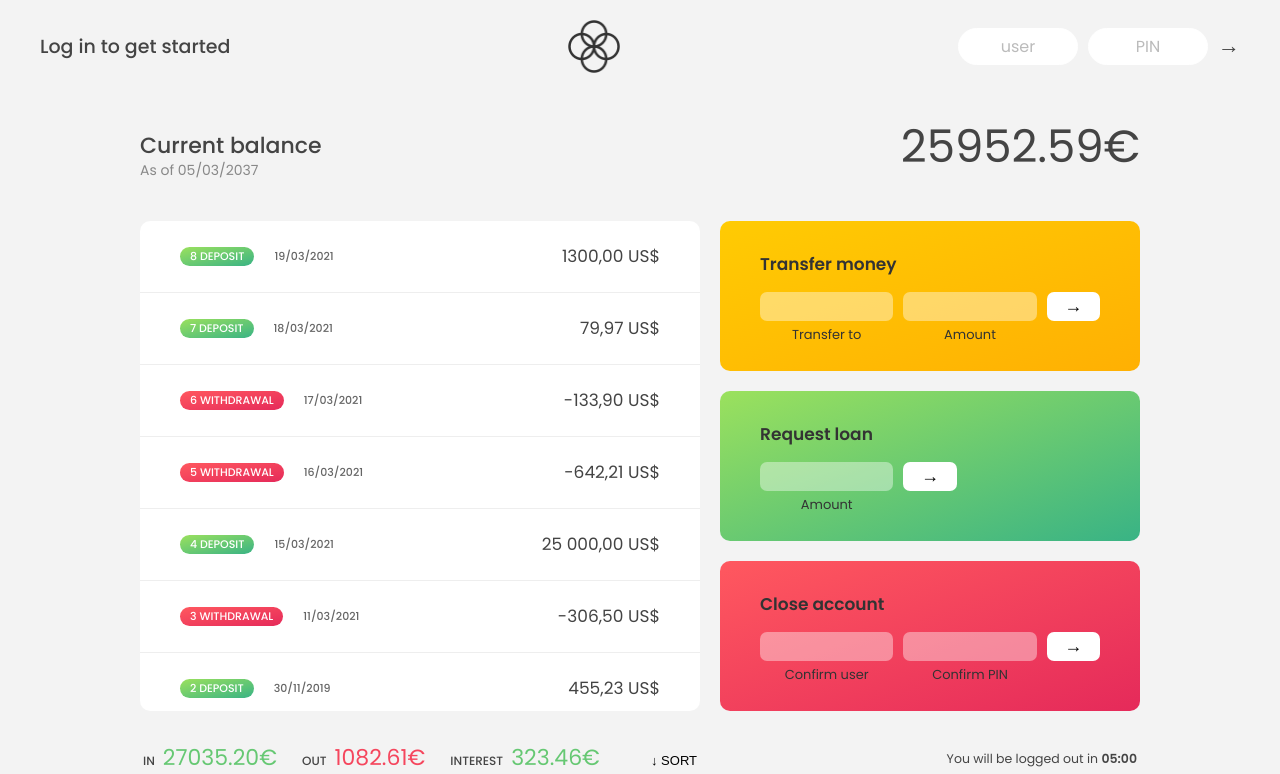
Repository: Samkiroko/Dateas-Number-Timers
Page: starter/index.html
An editor plug-in stored every save of this project. The page is shown before and after the next save, followed by the edit.
The browser window is 1280 px wide. The pictures show the whole page.
An inner scrolling area shows only its first screen.

Above is the page before, as saved 2021-03-20 17:25:18.

### starter/index.html
<!DOCTYPE html>
<html lang="en">
  <head>
    <meta charset="UTF-8" />
    <meta name="viewport" content="width=device-width, initial-scale=1.0" />
    <meta http-equiv="X-UA-Compatible" content="ie=edge" />
    <link rel="shortcut icon" type="image/png" href="/icon.png" />

    <link
      href="https://fonts.googleapis.com/css?family=Poppins:400,500,600&display=swap"
      rel="stylesheet"
    />

    <link rel="stylesheet" href="style.css" />
    <title>Bankist</title>
  </head>
  <body>
    <!-- TOP NAVIGATION -->
    <nav>
      <p class="welcome">Log in to get started</p>
      <img src="logo.png" alt="Logo" class="logo" />
      <form class="login">
        <input
          type="text"
          placeholder="user"
          class="login__input login__input--user"
        />
        <!-- In practice, use type="password" -->
        <input
          type="text"
          placeholder="PIN"
          maxlength="4"
          class="login__input login__input--pin"
        />
        <button class="login__btn">&rarr;</button>
      </form>
    </nav>

    <main class="app">
      <!-- BALANCE -->
      <div class="balance">
        <div>
          <p class="balance__label">Current balance</p>
          <p class="balance__date">
            As of <span class="date">05/03/2037</span>
          </p>
        </div>
        <p class="balance__value">0000€</p>
      </div>

      <!-- MOVEMENTS -->
      <div class="movements">
        <div class="movements__row">
          <div class="movements__type movements__type--deposit">2 deposit</div>
          <div class="movements__date">3 days ago</div>
          <div class="movements__value">4 000€</div>
        </div>
        <div class="movements__row">
          <div class="movements__type movements__type--withdrawal">
            1 withdrawal
          </div>
          <div class="movements__date">24/01/2037</div>
          <div class="movements__value">-378€</div>
        </div>
      </div>

      <!-- SUMMARY -->
      <div class="summary">
        <p class="summary__label">In</p>
        <p class="summary__value summary__value--in">0000€</p>
        <p class="summary__label">Out</p>
        <p class="summary__value summary__value--out">0000€</p>
        <p class="summary__label">Interest</p>
        <p class="summary__value summary__value--interest">0000€</p>
        <button class="btn--sort">&downarrow; SORT</button>
      </div>

      <!-- OPERATION: TRANSFERS -->
      <div class="operation operation--transfer">
        <h2>Transfer money</h2>
        <form class="form form--transfer">
          <input type="text" class="form__input form__input--to" />
          <input type="number" class="form__input form__input--amount" />
          <button class="form__btn form__btn--transfer">&rarr;</button>
          <label class="form__label">Transfer to</label>
          <label class="form__label">Amount</label>
        </form>
      </div>

      <!-- OPERATION: LOAN -->
      <div class="operation operation--loan">
        <h2>Request loan</h2>
        <form class="form form--loan">
          <input type="number" class="form__input form__input--loan-amount" />
          <button class="form__btn form__btn--loan">&rarr;</button>
          <label class="form__label form__label--loan">Amount</label>
        </form>
      </div>

      <!-- OPERATION: CLOSE -->
      <div class="operation operation--close">
        <h2>Close account</h2>
        <form class="form form--close">
          <input type="text" class="form__input form__input--user" />
          <input
            type="password"
            maxlength="6"
            class="form__input form__input--pin"
          />
          <button class="form__btn form__btn--close">&rarr;</button>
          <label class="form__label">Confirm user</label>
          <label class="form__label">Confirm PIN</label>
        </form>
      </div>

      <!-- LOGOUT TIMER -->
      <p class="logout-timer">
        You will be logged out in <span class="timer">05:00</span>
      </p>
    </main>

    <!-- <footer>
      &copy; by Jonas Schmedtmann. Don't claim as your own :)
    </footer> -->

    <script src="script.js"></script>
  </body>
</html>

### starter/style.css
/*
 * Use this CSS to learn some intersting techniques,
 * in case you're wondering how I built the UI.
 * Have fun! 😁
 */

* {
  margin: 0;
  padding: 0;
  box-sizing: inherit;
}

html {
  font-size: 62.5%;
  box-sizing: border-box;
}

body {
  font-family: 'Poppins', sans-serif;
  color: #444;
  background-color: #f3f3f3;
  height: 100vh;
  padding: 2rem;
}

nav {
  display: flex;
  justify-content: space-between;
  align-items: center;
  padding: 0 2rem;
}

.welcome {
  font-size: 1.9rem;
  font-weight: 500;
}

.logo {
  height: 5.25rem;
}

.login {
  display: flex;
}

.login__input {
  border: none;
  padding: 0.5rem 2rem;
  font-size: 1.6rem;
  font-family: inherit;
  text-align: center;
  width: 12rem;
  border-radius: 10rem;
  margin-right: 1rem;
  color: inherit;
  border: 1px solid #fff;
  transition: all 0.3s;
}

.login__input:focus {
  outline: none;
  border: 1px solid #ccc;
}

.login__input::placeholder {
  color: #bbb;
}

.login__btn {
  border: none;
  background: none;
  font-size: 2.2rem;
  color: inherit;
  cursor: pointer;
  transition: all 0.3s;
}

.login__btn:hover,
.login__btn:focus,
.btn--sort:hover,
.btn--sort:focus {
  outline: none;
  color: #777;
}

/* MAIN */
.app {
  position: relative;
  max-width: 100rem;
  margin: 4rem auto;
  display: grid;
  grid-template-columns: 4fr 3fr;
  grid-template-rows: auto repeat(3, 15rem) auto;
  gap: 2rem;

  /* NOTE This creates the fade in/out anumation */
  opacity: 0;
  transition: all 1s;
}

.balance {
  grid-column: 1 / span 2;
  display: flex;
  align-items: flex-end;
  justify-content: space-between;
  margin-bottom: 2rem;
}

.balance__label {
  font-size: 2.2rem;
  font-weight: 500;
  margin-bottom: -0.2rem;
}

.balance__date {
  font-size: 1.4rem;
  color: #888;
}

.balance__value {
  font-size: 4.5rem;
  font-weight: 400;
}

/* MOVEMENTS */
.movements {
  grid-row: 2 / span 3;
  background-color: #fff;
  border-radius: 1rem;
  overflow: scroll;
}

.movements__row {
  padding: 2.25rem 4rem;
  display: flex;
  align-items: center;
  border-bottom: 1px solid #eee;
}

.movements__type {
  font-size: 1.1rem;
  text-transform: uppercase;
  font-weight: 500;
  color: #fff;
  padding: 0.1rem 1rem;
  border-radius: 10rem;
  margin-right: 2rem;
}

.movements__date {
  font-size: 1.1rem;
  text-transform: uppercase;
  font-weight: 500;
  color: #666;
}

.movements__type--deposit {
  background-image: linear-gradient(to top left, #39b385, #9be15d);
}

.movements__type--withdrawal {
  background-image: linear-gradient(to top left, #e52a5a, #ff585f);
}

.movements__value {
  font-size: 1.7rem;
  margin-left: auto;
}

/* SUMMARY */
.summary {
  grid-row: 5 / 6;
  display: flex;
  align-items: baseline;
  padding: 0 0.3rem;
  margin-top: 1rem;
}

.summary__label {
  font-size: 1.2rem;
  font-weight: 500;
  text-transform: uppercase;
  margin-right: 0.8rem;
}

.summary__value {
  font-size: 2.2rem;
  margin-right: 2.5rem;
}

.summary__value--in,
.summary__value--interest {
  color: #66c873;
}

.summary__value--out {
  color: #f5465d;
}

.btn--sort {
  margin-left: auto;
  border: none;
  background: none;
  font-size: 1.3rem;
  font-weight: 500;
  cursor: pointer;
}

/* OPERATIONS */
.operation {
  border-radius: 1rem;
  padding: 3rem 4rem;
  color: #333;
}

.operation--transfer {
  background-image: linear-gradient(to top left, #ffb003, #ffcb03);
}

.operation--loan {
  background-image: linear-gradient(to top left, #39b385, #9be15d);
}

.operation--close {
  background-image: linear-gradient(to top left, #e52a5a, #ff585f);
}

h2 {
  margin-bottom: 1.5rem;
  font-size: 1.7rem;
  font-weight: 600;
  color: #333;
}

.form {
  display: grid;
  grid-template-columns: 2.5fr 2.5fr 1fr;
  grid-template-rows: auto auto;
  gap: 0.4rem 1rem;
}

/* Exceptions for interst */
.form.form--loan {
  grid-template-columns: 2.5fr 1fr 2.5fr;
}
.form__label--loan {
  grid-row: 2;
}
/* End exceptions */

.form__input {
  width: 100%;
  border: none;
  background-color: rgba(255, 255, 255, 0.4);
  font-family: inherit;
  font-size: 1.5rem;
  text-align: center;
  color: #333;
  padding: 0.3rem 1rem;
  border-radius: 0.7rem;
  transition: all 0.3s;
}

.form__input:focus {
  outline: none;
  background-color: rgba(255, 255, 255, 0.6);
}

.form__label {
  font-size: 1.3rem;
  text-align: center;
}

.form__btn {
  border: none;
  border-radius: 0.7rem;
  font-size: 1.8rem;
  background-color: #fff;
  cursor: pointer;
  transition: all 0.3s;
}

.form__btn:focus {
  outline: none;
  background-color: rgba(255, 255, 255, 0.8);
}

.logout-timer {
  padding: 0 0.3rem;
  margin-top: 1.9rem;
  text-align: right;
  font-size: 1.25rem;
}

.timer {
  font-weight: 600;
}

### starter/script.js
'use strict';

/////////////////////////////////////////////////
/////////////////////////////////////////////////
// BANKIST APP

/////////////////////////////////////////////////
// Data

// DIFFERENT DATA! Contains movement dates, currency and locale

const account1 = {
  owner: 'Jonas Schmedtmann',
  movements: [200, 455.23, -306.5, 25000, -642.21, -133.9, 79.97, 1300],
  interestRate: 1.2, // %
  pin: 1111,

  movementsDates: [
    '2019-11-01T13:15:33.035Z',
    '2019-11-30T09:48:16.867Z',
    '2021-03-11T06:04:23.907Z',
    '2021-03-15T14:18:46.235Z',
    '2021-03-16T16:33:06.386Z',
    '2021-03-17T14:43:26.374Z',
    '2021-03-18T18:49:59.371Z',
    '2021-03-19T12:01:20.894Z',
  ],
  currency: 'EUR',
  locale: 'pt-PT', // de-DE
};

const account2 = {
  owner: 'Jessica Davis',
  movements: [5000, 3400, -150, -790, -3210, -1000, 8500, -30],
  interestRate: 1.5,
  pin: 2222,

  movementsDates: [
    '2019-11-01T13:15:33.035Z',
    '2019-11-30T09:48:16.867Z',
    '2021-03-11T06:04:23.907Z',
    '2021-03-15T14:18:46.235Z',
    '2021-03-16T16:33:06.386Z',
    '2021-03-17T14:43:26.374Z',
    '2021-03-18T18:49:59.371Z',
    '2021-03-19T12:01:20.894Z',
  ],
  currency: 'USD',
  locale: 'en-US',
};

const accounts = [account1, account2];

/////////////////////////////////////////////////
// Elements
const labelWelcome = document.querySelector('.welcome');
const labelDate = document.querySelector('.date');
const labelBalance = document.querySelector('.balance__value');
const labelSumIn = document.querySelector('.summary__value--in');
const labelSumOut = document.querySelector('.summary__value--out');
const labelSumInterest = document.querySelector('.summary__value--interest');
const labelTimer = document.querySelector('.timer');

const containerApp = document.querySelector('.app');
const containerMovements = document.querySelector('.movements');

const btnLogin = document.querySelector('.login__btn');
const btnTransfer = document.querySelector('.form__btn--transfer');
const btnLoan = document.querySelector('.form__btn--loan');
const btnClose = document.querySelector('.form__btn--close');
const btnSort = document.querySelector('.btn--sort');

const inputLoginUsername = document.querySelector('.login__input--user');
const inputLoginPin = document.querySelector('.login__input--pin');
const inputTransferTo = document.querySelector('.form__input--to');
const inputTransferAmount = document.querySelector('.form__input--amount');
const inputLoanAmount = document.querySelector('.form__input--loan-amount');
const inputCloseUsername = document.querySelector('.form__input--user');
const inputClosePin = document.querySelector('.form__input--pin');

/////////////////////////////////////////////////
// Functions

const formatMovementDate = function (date, locale) {
  const calcDaysPassed = (date1, date2) =>
    Math.round(Math.abs(date2 - date1) / (1000 * 60 * 60 * 24));

  const daysPassed = calcDaysPassed(new Date(), date);

  if (daysPassed === 0) return 'Today';
  if (daysPassed === 1) return 'Yesterday';
  if (daysPassed <= 7) return `${daysPassed} days ago`;

  // const day = `${date.getDate()}`.padStart(2, 0);
  // const month = `${date.getMonth() + 1}`.padStart(2, 0);
  // const year = date.getFullYear();
  // return `${day}/${month}/${year}`;
  return new Intl.DateTimeFormat(locale).format(date);
};

const displayMovements = function (acc, sort = false) {
  containerMovements.innerHTML = '';

  const movs = sort
    ? acc.movements.slice().sort((a, b) => a - b)
    : acc.movements;

  movs.forEach(function (mov, i) {
    const type = mov > 0 ? 'deposit' : 'withdrawal';

    const date = new Date(acc.movementsDates[i]);
    const displayDate = formatMovementDate(date, acc.locale);

    const formattedMov = new Intl.NumberFormat(acc.locale, {
      style: 'currency',
      currency: 'USD',
    }).format(mov);

    const html = `
      <div class="movements__row">
        <div class="movements__type movements__type--${type}">${
      i + 1
    } ${type}</div>
     <div class="movements__date">${displayDate}</div>
        <div class="movements__value">${formattedMov}</div>
      </div>
    `;

    containerMovements.insertAdjacentHTML('afterbegin', html);
  });
};

const calcDisplayBalance = function (acc) {
  acc.balance = acc.movements.reduce((acc, mov) => acc + mov, 0);
  labelBalance.textContent = `${acc.balance.toFixed(2)}€`;
};

const calcDisplaySummary = function (acc) {
  const incomes = acc.movements
    .filter(mov => mov > 0)
    .reduce((acc, mov) => acc + mov, 0);
  labelSumIn.textContent = `${incomes.toFixed(2)}€`;

  const out = acc.movements
    .filter(mov => mov < 0)
    .reduce((acc, mov) => acc + mov, 0);
  labelSumOut.textContent = `${Math.abs(out).toFixed(2)}€`;

  const interest = acc.movements
    .filter(mov => mov > 0)
    .map(deposit => (deposit * acc.interestRate) / 100)
    .filter((int, i, arr) => {
      // console.log(arr);
      return int >= 1;
    })
    .reduce((acc, int) => acc + int, 0);
  labelSumInterest.textContent = `${interest.toFixed(2)}€`;
};

const createUsernames = function (accs) {
  accs.forEach(function (acc) {
    acc.username = acc.owner
      .toLowerCase()
      .split(' ')
      .map(name => name[0])
      .join('');
  });
};
createUsernames(accounts);

const updateUI = function (acc) {
  // Display movements
  displayMovements(acc);

  // Display balance
  calcDisplayBalance(acc);

  // Display summary
  calcDisplaySummary(acc);
};

///////////////////////////////////////
// Event handlers
let currentAccount;

// fake always logged
currentAccount = account1;
updateUI(currentAccount);
containerApp.style.opacity = 100;

btnLogin.addEventListener('click', function (e) {
  // Prevent form from submitting
  e.preventDefault();

  currentAccount = accounts.find(
    acc => acc.username === inputLoginUsername.value
  );
  console.log(currentAccount);

  if (currentAccount?.pin === +inputLoginPin.value) {
    // Display UI and message
    labelWelcome.textContent = `Welcome back, ${
      currentAccount.owner.split(' ')[0]
    }`;
    containerApp.style.opacity = 100;

    // Create current date and time
    const now = new Date();
    const options = {
      hour: 'numeric',
      minute: 'numeric',
      day: 'numeric',
      month: 'numeric',
      year: 'numeric',
      // weekday: 'long',
    };
    // const locale = navigator.language;
    // console.log(locale);

    labelDate.textContent = new Intl.DateTimeFormat(
      currentAccount.locale,
      options
    ).format(now);

    // Clear input fields
    inputLoginUsername.value = inputLoginPin.value = '';
    inputLoginPin.blur();

    // Update UI
    updateUI(currentAccount);
  }
});

btnTransfer.addEventListener('click', function (e) {
  e.preventDefault();
  const amount = +inputTransferAmount.value;
  const receiverAcc = accounts.find(
    acc => acc.username === inputTransferTo.value
  );
  inputTransferAmount.value = inputTransferTo.value = '';

  if (
    amount > 0 &&
    receiverAcc &&
    currentAccount.balance >= amount &&
    receiverAcc?.username !== currentAccount.username
  ) {
    // Doing the transfer
    currentAccount.movements.push(-amount);
    receiverAcc.movements.push(amount);

    // Add transfer date
    currentAccount.movementsDates.push(new Date().toISOString());
    receiverAcc.movementsDates.push(new Date().toISOString());

    // Update UI
    updateUI(currentAccount);

    // Reset timer
    clearInterval(timer);
    timer = startLogOutTimer();
  }
});

btnLoan.addEventListener('click', function (e) {
  e.preventDefault();

  const amount = Math.floor(inputLoanAmount.value);

  if (amount > 0 && currentAccount.movements.some(mov => mov >= amount * 0.1)) {
    setTimeout(function () {
      // Add movement
      currentAccount.movements.push(amount);

      // Add loan date
      currentAccount.movementsDates.push(new Date().toISOString());

      // Update UI
      updateUI(currentAccount);

      // Reset timer
      clearInterval(timer);
      timer = startLogOutTimer();
    }, 2500);
  }
  inputLoanAmount.value = '';
});

btnClose.addEventListener('click', function (e) {
  e.preventDefault();

  if (
    inputCloseUsername.value === currentAccount.username &&
    +inputClosePin.value === currentAccount.pin
  ) {
    const index = accounts.findIndex(
      acc => acc.username === currentAccount.username
    );
    console.log(index);
    // .indexOf(23)

    // Delete account
    accounts.splice(index, 1);

    // Hide UI
    containerApp.style.opacity = 0;
  }

  inputCloseUsername.value = inputClosePin.value = '';
});

let sorted = false;
btnSort.addEventListener('click', function (e) {
  e.preventDefault();
  displayMovements(currentAccount.movements, !sorted);
  sorted = !sorted;
});

/////////////////////////////////////////////////
/////////////////////////////////////////////////
// LECTURES
// console.log(23 === 23.0);
// console.log(0.1 + 0.2);
// console.log(Number('23'));
// console.log(+'23');

// //  parsing
// console.log(Number.parseInt('30px', 10));

// console.log(Number.parseFloat('2.5rem'));
// console.log(Number.parseInt('2.5rem'));

// console.log(Number.isFinite('20'));

// // Math and Rounding off
// console.log(Math.sqrt(25));
// console.log(Math.max(5, 3, 7, 5, 3, 5, 3));
// console.log(Math.min(5, 3, 7, 5, 3, 5, 3));

// console.log(Math.PI * Number.parseFloat('10px') ** 2);

// console.log(Math.trunc(Math.random() * 6) + 1);

// const ramdomInt = (min, max) =>
//   Math.floor(Math.random() * (max - min) + 1) + min;

// console.log(ramdomInt(10, 20));

// //  Rounding integers
// console.log(Math.trunc(23.3));
// console.log(Math.ceil(23.3));
// console.log(Math.floor(23.3));

// // Rounding decimals
// console.log((2.7).toFixed(0));
// console.log((2.7).toFixed(3));
// console.log((2.7).toFixed(2));

// //  reminder operator
// console.log(5 % 2); //reminder 1

// //  check even or odd
// const isEven = n => n % 2 === 0;

// console.log(isEven(2));
// console.log(isEven(111));

// labelBalance.addEventListener('click', function () {
//   [...document.querySelectorAll('.movements__row')].forEach(function (row, i) {
//     if (i % 2 === 0) row.style.backgroundColor = 'aqua';
//     if (i % 3 === 0) row.style.backgroundColor = 'purple';
//   });
// });

// // nth choosing use the reminder
// // big inti
// console.log(2 ** 53 - 1);
// console.log(Number.Max_SAFE_INTEGER);
// console.log(565633565766766767676574n);
// console.log(BigInt(45466565656565464));

// console.log(1000n * 10000n);

// create a date
// const now = new Date();
// console.log(now);

// console.log(new Date('December 24, 2015'));

// console.log(new Date(account1.movementsDates[0]));

// console.log(new Date(2037, 10, 19, 15, 23, 5));
// console.log(new Date(0));
// console.log(new Date(3 * 24 * 60 * 60 * 1000));

// const future = new Date(2037, 10, 19, 15, 10);
// console.log(future);
// console.log(future.getFullYear());
// console.log(future.getMonth());
// console.log(future.getDate());
// console.log(future.getDay());
// console.log(future.getMinutes());
// console.log(future.toISOString());
// console.log(future.getTime());

// console.log(Date.now());
// future.setFullYear(2040);
// console.log(future);

//  dates

// const future = new Date(2037, 10, 19, 15, 10);
// console.log(+future);

// const calcDaysPassed = (date1, date2) =>
//   Math.abs(date2 - date1) / (1000 * 60 * 60 * 24);
// const days1 = calcDaysPassed(new Date(2037, 3, 14), new Date(2037, 3, 24));

// console.log(days1);

// const num = 389845544.23;
// const options = {
//   style: 'currency',
//   unit: 'celsius',
//   currency: 'kes',
// };

// console.log('US', new Intl.NumberFormat('en-US', options).format(num));
// console.log('Germany', new Intl.NumberFormat('de-DE', options).format(num));
// console.log(
//   'Locale',
//   new Intl.NumberFormat(navigator.language, options).format(num)
// );

After the next save:
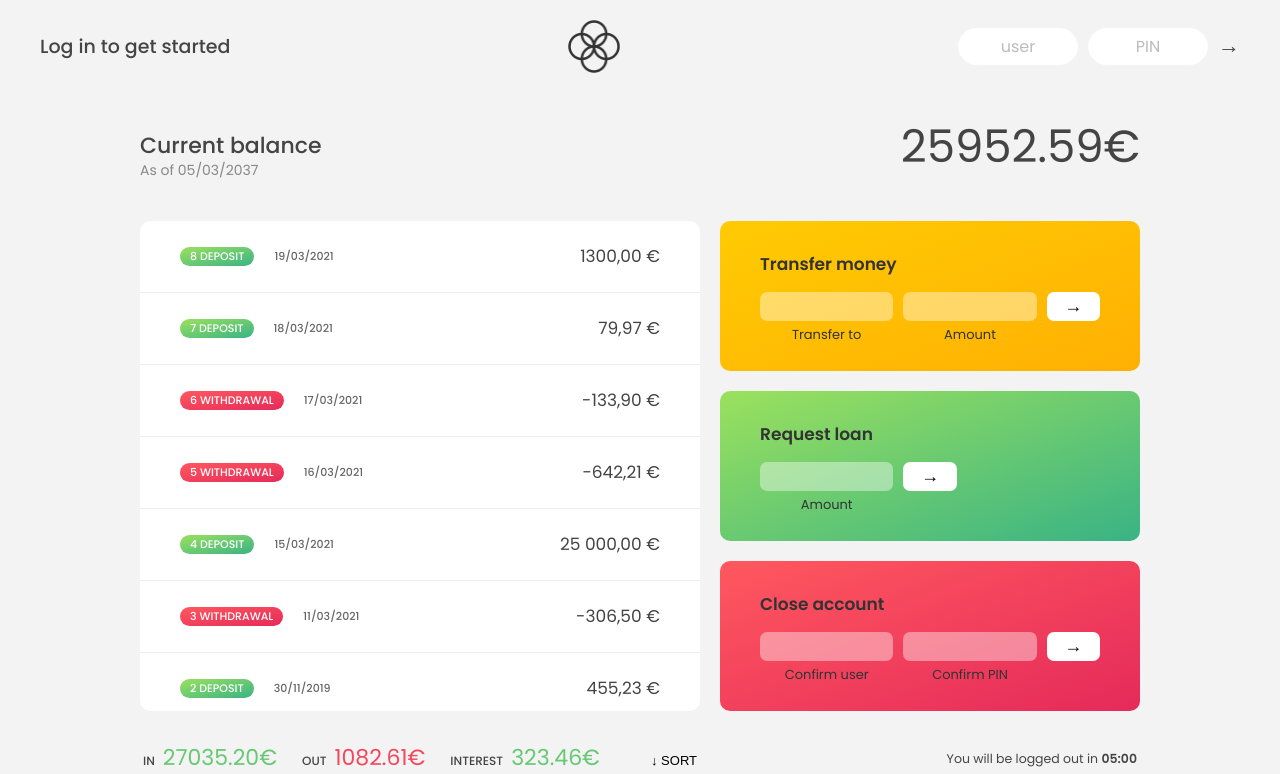
Saved 103 s later.
--- a/starter/script.js
+++ b/starter/script.js
@@ -113,7 +113,7 @@
 
     const formattedMov = new Intl.NumberFormat(acc.locale, {
       style: 'currency',
-      currency: 'USD',
+      currency: acc.currency,
     }).format(mov);
 
     const html = `
